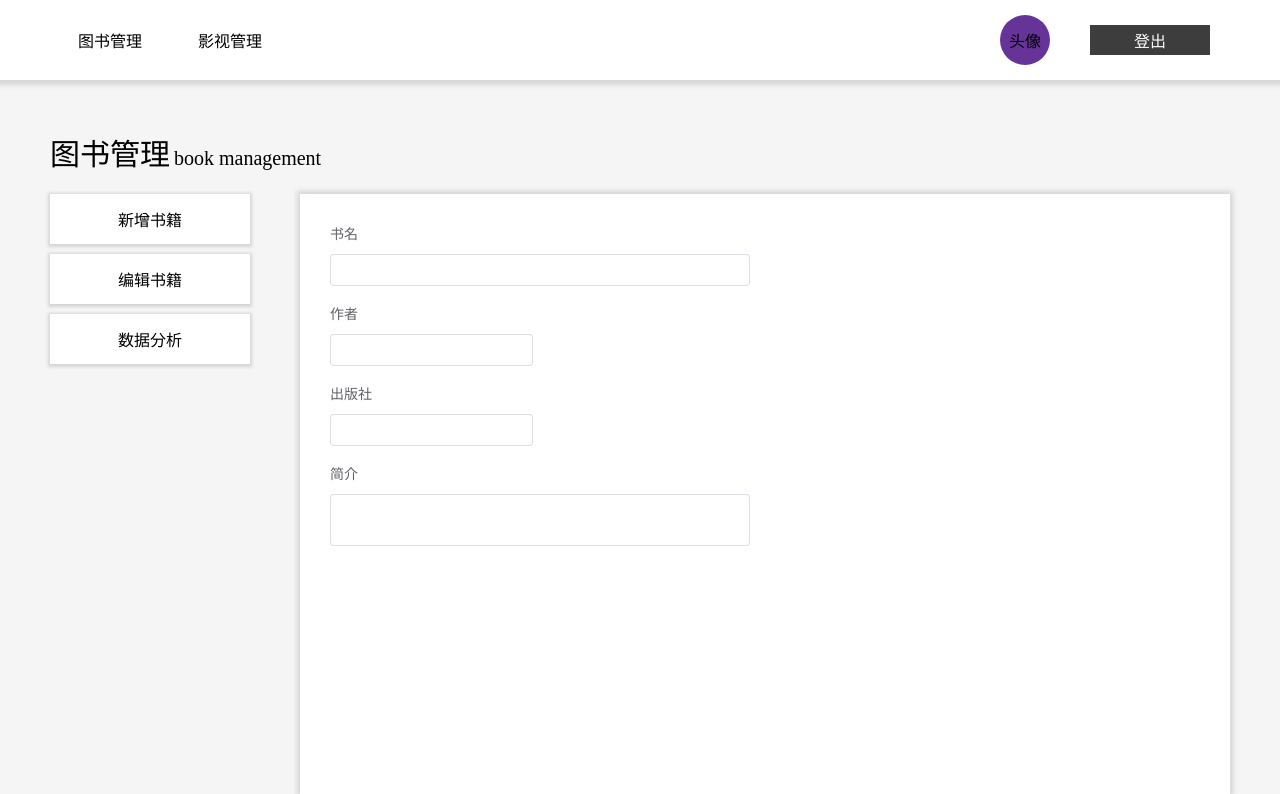
Repository: quanwangniuniu/Oasis-Reading-Platform
Page: /#/admin/books (app in Vue-frontend/)
The author's editor kept a copy of each file at every save. The page is drawn from the files as they stood at one save, then again after the next save.
The browser window is 1280 px wide. The pictures show the whole page.
Some web fonts or font styles are not loaded; a fallback is used. The project was rebuilt for these pictures with package versions that can differ from the ones it lists, and the page was loaded fresh each time. Also part of the build but not shown: Vue-frontend/vite.config.js, Vue-frontend/src/components/Test.vue, Vue-frontend/src/components/user/books/BookCard.vue, Vue-frontend/src/components/axios/config.js, Vue-frontend/src/components/axios/api.js, Vue-frontend/src/components/user/books/Books.vue, Vue-frontend/src/components/user/movies/Favourites.vue, Vue-frontend/src/components/user/explore/Explore.vue and 10 more.

Above is the page before, as saved 2023-04-13 16:32:02.

After the next save:
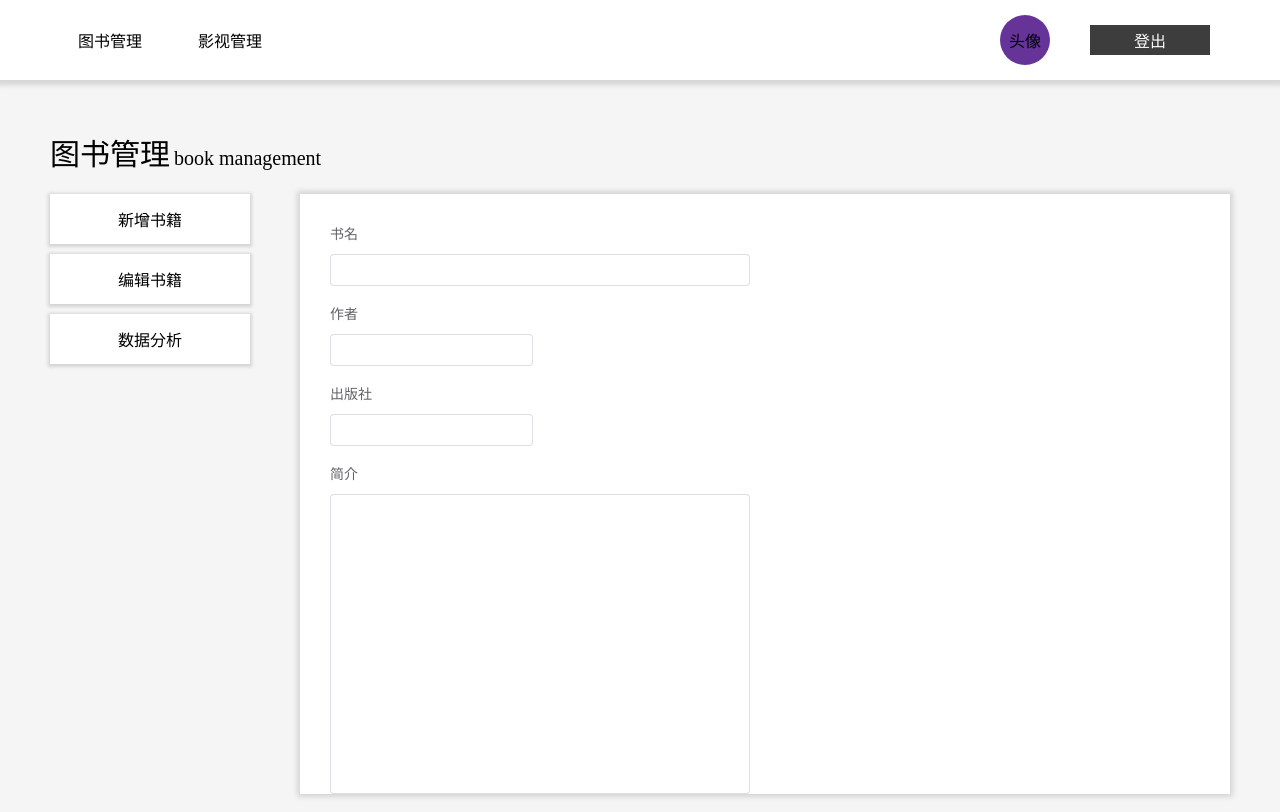
Saved 15 s later.
--- a/Vue-frontend/src/assets/css/element.css
+++ b/Vue-frontend/src/assets/css/element.css
@@ -1,3 +1,4 @@
 .el-textarea__inner{
     resize: none;
+    height: 300px;
 }
